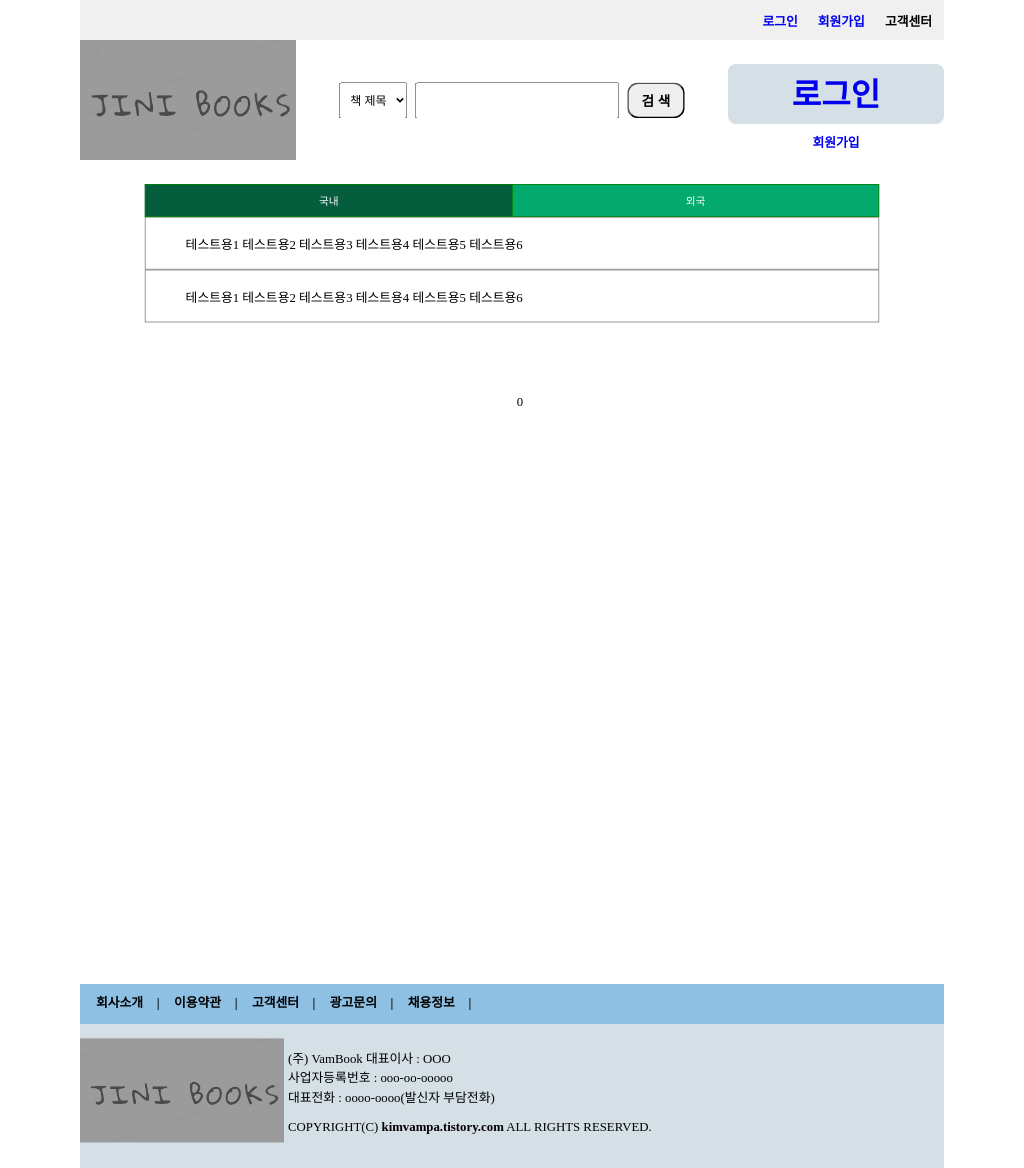
Repository: leechanjin7/ShoppingMall
Page: http://localhost/ShoppingMall/WEB-INF/views/search.jsp
These files come from the project's save history. The page is drawn as it stood at one moment and after the next save; the edit follows.
The browser window is 1280 px wide. The pictures show the whole page, at 80% of full size.
The page is served by Tomcat 9. Nobody is signed in. Other server files are loaded and not shown. The template is opened directly, without the code that normally fills it, so the values that code supplies are empty.

Above is the page before, as saved 2023-09-12 02:26:57.

### workspace/ShoppingMall/src/main/webapp/WEB-INF/views/search.jsp
<%@ page language="java" contentType="text/html; charset=UTF-8"
	pageEncoding="UTF-8"%>
<%@ taglib uri="http://java.sun.com/jsp/jstl/core" prefix="c"%>
<%@ taglib prefix="fmt" uri="http://java.sun.com/jsp/jstl/fmt"%>
<!DOCTYPE html>
<html>
<head>
<meta charset="UTF-8">
<title>Welcome BookMall</title>
<link rel="stylesheet" href="resources/css/search.css">
<script src="https://code.jquery.com/jquery-3.4.1.js"
	integrity="sha256-WpOohJOqMqqyKL9FccASB9O0KwACQJpFTUBLTYOVvVU="
	crossorigin="anonymous"></script>
</head>
<body>

	<div class="wrapper">
		<div class="wrap">
			<div class="top_gnb_area">
				<ul class="list">
					<c:if test="${member == null}">
						<!-- 로그인 x -->
						<li><a href="/member/login">로그인</a></li>
						<li><a href="/member/join">회원가입</a></li>
					</c:if>
					<c:if test="${member != null }">
						<!-- 로그인 o -->
						<c:if test="${member.adminCk == 1 }">
							<!-- 관리자 계정 -->
							<li><a href="/admin/main">관리자 페이지</a></li>
						</c:if>
						<li><a id="gnb_logout_button">로그아웃</a></li>
						<li>마이룸</li>
						<li>장바구니</li>
					</c:if>
					<li>고객센터</li>
				</ul>
			</div>
			<div class="top_area">
				<!-- 로고영역 -->
				<div class="logo_area">
					<a href="/main"><img src="resources/img/mLogo.png"></a>
				</div>
				<div class="search_area">
					<div class="search_wrap">
						<form id="searchForm" action="/search" method="get">
							<div class="search_input">
								<select name="type">
									<option value="T">책 제목</option>
									<option value="A">작가</option>
								</select> <input type="text" name="keyword"
									value="<c:out value="${pageMaker.cri.keyword}"/>">
								<button class='btn search_btn'>검 색</button>
							</div>
						</form>
					</div>
				</div>
				<div class="login_area">

					<!-- 로그인 하지 않은 상태 -->
					<c:if test="${member == null }">
						<div class="login_button">
							<a href="/member/login">로그인</a>
						</div>
						<span><a href="/member/join">회원가입</a></span>
					</c:if>

					<!-- 로그인한 상태 -->
					<c:if test="${ member != null }">
						<div class="login_success_area">
							<span>회원 : ${member.memberName}</span> <span>충전금액 : <fmt:formatNumber
									value="${member.money }" pattern="\#,###.##" /></span> <span>포인트
								: <fmt:formatNumber value="${member.point }" pattern="#,###" />
							</span> <a href="/member/logout.do">로그아웃</a>
						</div>
					</c:if>

				</div>
				<div class="clearfix"></div>
			</div>
			<div class="content_area">

				<!-- 게시물 o -->
				<c:if test="${listcheck != 'empty'}">
					<div class="search_filter">
						<div class="filter_button_wrap">
							<button class="filter_button filter_active" id="filter_button_a">국내</button>
							<button class="filter_button" id="filter_button_b">외국</button>
						</div>
						<div class="filter_content filter_a">
							<a>테스트용1</a>
							<a>테스트용2</a>
							<a>테스트용3</a>
							<a>테스트용4</a>
							<a>테스트용5</a>
							<a>테스트용6</a>
						</div>
						<div class="filter_content filter_b">
							<a>테스트용1</a>
							<a>테스트용2</a>
							<a>테스트용3</a>
							<a>테스트용4</a>
							<a>테스트용5</a>
							<a>테스트용6</a>
						</div>
						<form id="filter_form" action="/search" method="get" >
							<input type="hidden" name="keyword">
							<input type="hidden" name="cateCode">
							<input type="hidden" name="type">
						</form>
					</div>
					<div class="list_search_result">
						<table class="type_list">
							<colgroup>
								<col width="110">
								<col width="*">
								<col width="120">
								<col width="120">
								<col width="120">
							</colgroup>
							<tbody id="searchList>">
								<c:forEach items="${list}" var="list">
									<tr>
										<td class="image">
											<div class="image_wrap"
												data-bookid="${list.imageList[0].bookId}"
												data-path="${list.imageList[0].uploadPath}"
												data-uuid="${list.imageList[0].uuid}"
												data-filename="${list.imageList[0].fileName}">
												<img>
											</div>
										</td>
										<td class="detail">
											<div class="category">[${list.cateName}]</div>
											<div class="title">${list.bookName}</div>
											<div class="author">${list.authorName} 지음 |
												${list.publisher} | ${list.publeYear}</div>
										</td>
										<td class="info">
											<div class="rating">평점(추후 추가)</div>
										</td>
										<td class="price">
											<div class="org_price">
												<del>
													<fmt:formatNumber value="${list.bookPrice}"
														pattern="#,### 원" />
												</del>
											</div>
											<div class="sell_price">
												<strong> <fmt:formatNumber
														value="${list.bookPrice * (1-list.bookDiscount)}"
														pattern="#,### 원" />
												</strong>
											</div>
										</td>
										<td class="option"></td>
									</tr>
								</c:forEach>
							</tbody>

						</table>
					</div>

					<!-- 페이지 이동 인터페이스 -->
					<div class="pageMaker_wrap">
						<ul class="pageMaker">

							<!-- 이전 버튼 -->
							<c:if test="${pageMaker.prev }">
								<li class="pageMaker_btn prev"><a
									href="${pageMaker.pageStart -1}">이전</a></li>
							</c:if>

							<!-- 페이지 번호 -->
							<c:forEach begin="${pageMaker.pageStart }"
								end="${pageMaker.pageEnd }" var="num">
								<li
									class="pageMaker_btn ${pageMaker.cri.pageNum == num ? 'active':''}">
									<a href="${num}">${num}</a>
								</li>
							</c:forEach>

							<!-- 다음 버튼 -->
							<c:if test="${pageMaker.next}">
								<li class="pageMaker_btn next"><a
									href="${pageMaker.pageEnd + 1 }">다음</a></li>
							</c:if>
						</ul>
					</div>

					<form id="moveForm" action="/search" method="get">
						<input type="hidden" name="pageNum" value="${pageMaker.cri.pageNum}">
						<input type="hidden" name="amount" value="${pageMaker.cri.amount}">
						<input type="hidden" name="keyword" value="${pageMaker.cri.keyword}">
						<input type="hidden" name="cateCode" value="<c:out value="${pageMaker.cri.cateCode}"/>">
						<input type="hidden" name="type" value="${pageMaker.cri.type}">
					</form>
				</c:if>
				<!-- 게시물 x -->
				<c:if test="${listcheck == 'empty'}">
					<div class="table_empty">검색결과가 없습니다.</div>
				</c:if>

			</div>

			<!-- Footer 영역 -->
			<div class="footer_nav">
				<div class="footer_nav_container">
					<ul>
						<li>회사소개</li>
						<span class="line">|</span>
						<li>이용약관</li>
						<span class="line">|</span>
						<li>고객센터</li>
						<span class="line">|</span>
						<li>광고문의</li>
						<span class="line">|</span>
						<li>채용정보</li>
						<span class="line">|</span>
					</ul>
				</div>
			</div>
			<!-- class="footer_nav" -->

			<div class="footer">
				<div class="footer_container">

					<div class="footer_left">
						<img src="resources/img/Logo.png">
					</div>
					<div class="footer_right">
						(주) VamBook 대표이사 : OOO <br> 사업자등록번호 : ooo-oo-ooooo <br>
						대표전화 : oooo-oooo(발신자 부담전화) <br> <br> COPYRIGHT(C) <strong>kimvampa.tistory.com</strong>
						ALL RIGHTS RESERVED.
					</div>
					<div class="clearfix"></div>
				</div>
			</div>
			<!-- class="footer" -->

		</div>
		<!-- class="wrap" -->
	</div>
	<!-- class="wrapper" -->

	<script>
		/* gnb_area 로그아웃 버튼 작동 */
		$("#gnb_logout_button").click(function() {
			//alert("버튼 작동");
			$.ajax({
				type : "POST",
				url : "/member/logout.do",
				success : function(data) {
					alert("로그아웃 성공");
					document.location.reload();
				}
			}); // ajax
		});

		/* 페이지 이동 버튼 */
		const moveForm = $('#moveForm');

		$(".pageMaker_btn a").on("click", function(e) {

			e.preventDefault();

			moveForm.find("input[name='pageNum']").val($(this).attr("href"));

			moveForm.submit();

		});

		$(document)
				.ready(
						function() {
							// 검색 타입 selected
							const selectedType = '<c:out value="${pageMaker.cri.type}"/>';
							if (selectedType != "") {
								$("select[name='type']").val(selectedType)
										.attr("selected", "selected");
							}

							/* 이미지 삽입 */
							$(".image_wrap").each(function(i, obj){

								const bobj = $(obj);

								if(bobj.data("bookid")){
									const uploadPath = bobj.data("path");
									const uuid = bobj.data("uuid");
									const fileName = bobj.data("filename");

									const fileCallPath = encodeURIComponent(uploadPath + "/s_" + uuid + "_" + fileName);

									$(this).find("img").attr('src', '/display?fileName=' + fileCallPath);

								}else{
									$(this).find("img").attr('src','/resources/img/goodsNoImage.png');
								}

							});

						});
	</script>

</body>
</html>

### workspace/ShoppingMall/src/main/webapp/resources/css/search.css
@charset "UTF-8";

* {
	margin: 0;
	padding: 0;
}

a {
	text-decoration: none;
}
/* 화면 전체 렙 */
.wrapper {
	width: 100%;
}
/* content 랩 */
.wrap {
	width: 1080px;
	margin: auto;
}
/* 홈페이지 기능 네비 */
.top_gnb_area {
	width: 100%;
	height: 50px;
	background-color: #f0f0f1;
	position: relative;
}

.top_gnb_area .list {
	position: absolute;
	top: 0px;
	right: 0;
}

.top_gnb_area .list li {
	list-style: none;
	float: left;
	padding: 13px 15px 0 10px;
	font-weight: 900;
	cursor: pointer;
}
/* 로고, 검색, 로그인 */
.top_area {
	width: 100%;
	height: 150px;
	/* background-color: #f7f0b9; */
}
/* 로고 영역 */
.logo_area {
	width: 25%;
	height: 100%;
	float: left;
}

.logo_area img {
	width: 100%;
	height: 100%;
}
/* 검색 박스 영역 */
.search_area {
	width: 50%;
	height: 100%;
	float: left;
}
/* 로그인 버튼 영역 */
.login_area {
	width: 25%;
	height: 100%;
	display: inline-block;
	text-align: center;
}

.login_button {
	height: 50%;
	background-color: #D4DFE6;
	margin-top: 30px;
	line-height: 77px;
	font-size: 40px;
	font-weight: 900;
	border-radius: 10px;
	cursor: pointer;
}

.login_area>span {
	margin-top: 10px;
	font-weight: 900;
	display: inline-block;
}

.login_button {
	height: 50%;
	background-color: #D4DFE6;
	margin-top: 30px;
}

/* 제품 목록 네비 */
.navi_bar_area {
	width: 100%;
	height: 70px;
	background-color: #7696fd;
}

/* 홈페이지 메인 제품 목록  */
.content_area {
	width: 100%;
	height: 1000px;
}

/* 로그인 성공 영역 */
.login_success_area {
	height: 62%;
	width: 80%;
	border: 2px solid #7474ad;
	border-radius: 15px;
	margin: 5% auto;
	padding-top: 5%;
}

.login_success_area>span {
	display: block;
	text-align: left;
	margin-left: 10%;
}

.login_success_area>a {
	font-size: 15px;
	font-weight: 900;
	display: inline-block;
	margin-top: 5px;
	background: #e1e5e8;
	width: 82px;
	height: 22px;
	line-height: 22px;
	border-radius: 25px;
	color: #606267;
}

.search_wrap {
	width: 100%;
	height: 100%;
}

#searchForm {
	width: 100%;
	height: 100%;
	display: flex;
	justify-content: center;
	align-items: center;
}

.search_input {
	display: flex;
	height: 30%;
	width: 80%;
}

.search_input select {
	width: 20%;
	text-align: center;
	font-size: 15px;
}

.search_input input {
	margin-left: 10px;
	width: 57%;
	font-size: 18px;
	padding-left: 2%;
}

.search_btn {
	margin-left: 10px;
	width: 17%;
	border-radius: 14px;
	font-size: 17px;
	font-weight: 600;
}

/* 검색결과 없음 */
.table_empty {
	height: 50px;
	text-align: center;
	margin: 200px 0 215px 0px;
	font-size: 25px;
}

/* 상품 표 */
.list_search_result {
	width: 90%;
	margin: auto;
}

.type_list {
	width: 100%;
	border-bottom: 1px solid #e7e7e7;
	border-collapse: collapse;
}

.type_list tr {
	height: 200px;
	border-bottom: 1px solid #e7e7e7;
}

.detail div {
	margin-bottom: 5px;
}

.category {
	font-size: 12px;
	font-weight: 600;
}

.title {
	font-size: 20px;
	color: #3a60df;
	font-weight: 700;
}

.author {
	font-size: 14px;
}

.info {
	text-align: center;
}

.price {
	text-align: center;
}

.org_price del {
	font-size: 13px;
}

.sell_price strong {
	color: #da6262;
	font-size: 18px;
}

/* 페이지 버튼 인터페이스 */
.pageMaker_wrap {
	text-align: center;
	margin-top: 30px;
	margin-bottom: 40px;
}

.pageMaker {
	list-style: none;
	display: inline-block;
}

.pageMaker_btn {
	float: left;
	width: 40px;
	height: 40px;
	line-height: 40px;
	margin-left: 20px;
}

.active {
	border: 2px solid black;
	font-weight: 400;
}

.next, .prev {
	border: 1px solid #ccc;
	padding: 0 10px;
}

.pageMaker_btn a:link {
	color: black;
}

.pageMaker_btn a:visited {
	color: black;
}

.pageMaker_btn a:active {
	color: black;
}

.pageMaker_btn a:hover {
	color: black;
}

.next a, .prev a {
	color: #ccc;
}

/* 상품 이미지 관련 */
.image_wrap {
	width: 100%;
	height: 100%;
}

.image_wrap img {
	max-width: 85%;
	height: auto;
	display: block;
}

/* 필터정보 */
.search_filter {
    width: 85%;
    margin: auto;
	margin-top: 30px;
    margin-bottom: 50px;
}
.filter_button_wrap {
    width: 100%;
}

.filter_button_wrap button {
    width: 50%;
}
.filter_button{
	background-color: #04AA6D;
	border: 1px solid green;
	color: white;
	padding: 10px 24px;
	cursor: pointer;
	float: left;
}
.filter_button_wrap:after {
    content: "";
    clear: both;
    display: table;
}
.filter_button_wrap button:not(:last-child) {
    border-right: none;
}

.filter_button:hover {
    background-color: #3e8e41;
}

.filter_active{
	background-color: #045d3c;
}

.filter_content{
	padding:20px 50px 20px 50px;
	border: 1px solid gray;
}
/* footer navai 영역 */
.footer_nav {
	width: 100%;
	height: 50px;
}

.footer_nav_container {
	width: 100%;
	height: 100%;
	background-color: #8EC0E4;
}

.footer_nav_container>ul {
	font-weight: bold;
	float: left;
	list-style: none;
	position: relative;
	padding-top: 10px;
	line-height: 27px;
	font-family: dotum;
	margin-left: 10px;
}

.footer_nav_container>ul>li {
	display: inline;
	width: 45px;
	height: 19px;
	padding: 10px 9px 0 10px;
}

.footer_nav_container>ul>span {
	margin: 0 4px;
}
/* footer 영역 */
.footer {
	width: 100%;
	height: 130px;
	background-color: #D4DFE6;
	padding-bottom: 50px;
}

.footer_container {
	width: 100%;
	height: 100%;
	margin: auto;
}

.footer_left>img {
	width: 150%;
	height: 130px;
	margin-left: -20px;
	margin-top: -12px;
}

.footer_left {
	float: left;
	width: 170px;
	margin-left: 20px;
	margin-top: 30px;
}

.footer_right {
	float: left;
	width: 680px;
	margin-left: 70px;
	margin-top: 30px;
}

/* float 속성 해제 */
.clearfix {
	clear: both;
}

After the next save:
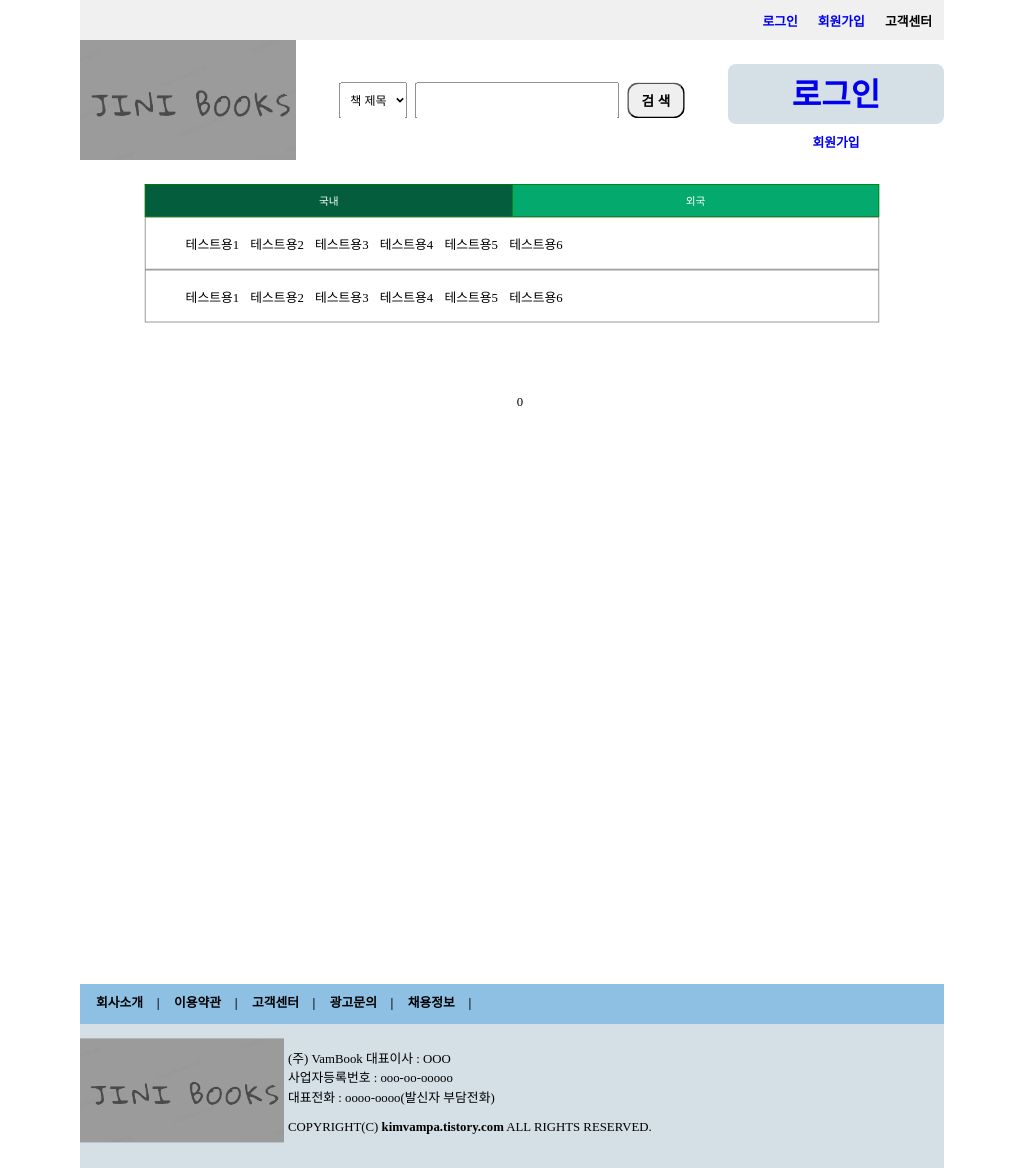
Saved 10 s later.
--- a/workspace/ShoppingMall/src/main/webapp/resources/css/search.css
+++ b/workspace/ShoppingMall/src/main/webapp/resources/css/search.css
@@ -340,6 +340,10 @@ a {
 	padding:20px 50px 20px 50px;
 	border: 1px solid gray;
 }
+
+.filter_content a:not(:first-child){
+	margin-left: 10px;
+}
 /* footer navai 영역 */
 .footer_nav {
 	width: 100%;
